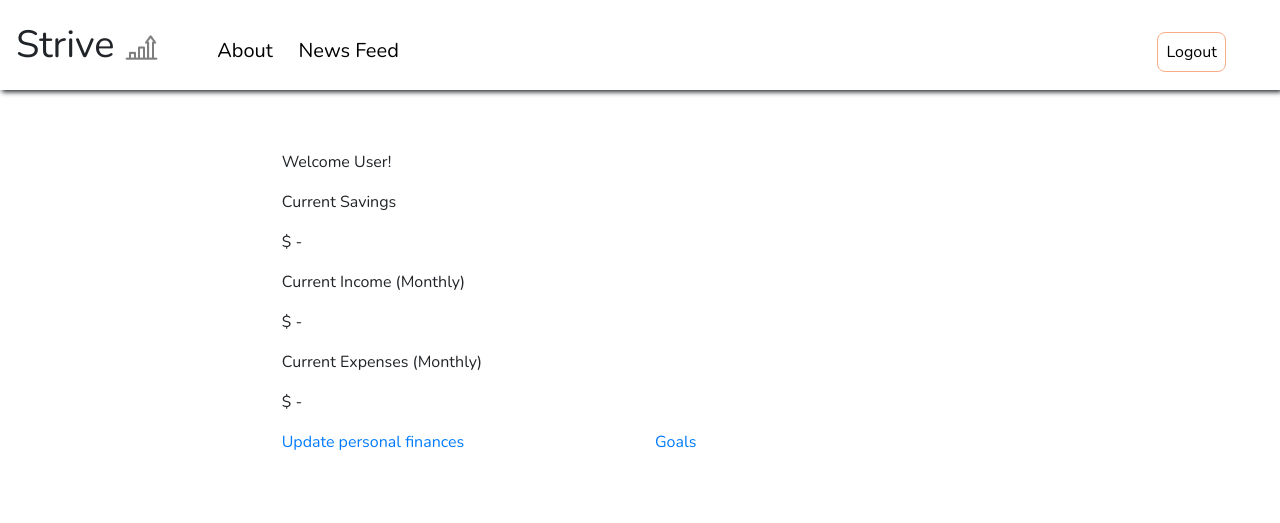
Repository: NoraOK/Strive
Page: http://localhost/strive/WEB-INF/strive/userHome.jsp
These files come from the project's save history. The page is drawn as it stood at one moment and after the next save; the edit follows.
The browser window is 1280 px wide. The pictures show the whole page.
The page is served by Tomcat 9. Nobody is signed in. Other server files are loaded and not shown. The template is opened directly, without the code that normally fills it, so the values that code supplies are empty.

Above is the page before, as saved 2019-12-18 23:17:17.

### strive/src/main/webapp/WEB-INF/strive/userHome.jsp
<%@ page language="java" contentType="text/html; charset=UTF-8"
    pageEncoding="UTF-8"%>
<!DOCTYPE html>
<html>
<head>
<meta charset="UTF-8">
<title>Strive | Home</title>
	<link rel="stylesheet"
	href="https://stackpath.bootstrapcdn.com/bootstrap/4.3.1/css/bootstrap.min.css"
	integrity="sha384-ggOyR0iXCbMQv3Xipma34MD+dH/1fQ784/j6cY/iJTQUOhcWr7x9JvoRxT2MZw1T"
	crossorigin="anonymous">
	<link href="/css/userHome.css" rel="stylesheet" type="text/css" />
	<link href="https://fonts.googleapis.com/css?family=Nunito&display=swap"
	rel="stylesheet">
</head>
<body>
	<div>
		<jsp:include page="header.jsp"/>
	</div>
	<div class="body container col-7">
		<div class="info">
			<p> Welcome User! </p>
			<p>Current Savings</p>
			<p>$ - </p>
			<p>Current Income (Monthly)</p>
			<p>$ - </p>
			<p>Current Expenses (Monthly)</p>
			<p>$ - </p>
		</div>
		<div class="row">
			<a href="" class="col">Update personal finances</a>
			<a href="" class="col">Goals</a>
		</div>
	</div>
</body>
</html>

### strive/src/main/resources/static/css/userHome.css
.body{
	padding-top: 150px;
	font-family: 'Nunito', sans-serif;

}

.button{
	border:2px solid #EF8F63 ;
	border-radius: 8px;
	background-color: #EF8F63;
	padding: 12px 25px;
	color: white;
	width: 100%;
}

.button:hover{
	border:2px solid #EF8F63 ;
	border-radius: 8px;
	background-color: #F9AD86;
	padding: 12px 25px;
	color: white;
}

### strive/src/main/resources/static/css/header.css
header{
	box-shadow: 2px 2px 5px;
	height: 90px;
	z-index: 10;
    position: fixed;
    width: 100%;
    font-family:'Nunito', sans-serif;
    background-color: white;
}

.logo{
	font-size: 38px;

}
.header_img{
	background-color: white;
	width: 35px;
	opacity: .5;
}

.button{
	font-size: 17px;
	color: black;
}

.link {
	font-size: 20px;
	color: black;
}

a:link {
  text-decoration: none;
}

a:visited {
  text-decoration: none;
}

a:hover {
  text-decoration: none;
}

.logout_button{
	border: solid 1.5px #F9AD86;
	border-radius: 8px;
	padding:  8px;
	color: black;
}

.logout_button:hover {
	background-color: #F9AD86;
	color: white;
}

.buttons{
	margin-left: 60%;
}

.home_button{
	color: black;
}

Loaded but not shown: strive/src/main/webapp/WEB-INF/strive/header.jsp (common file)

After the next save:
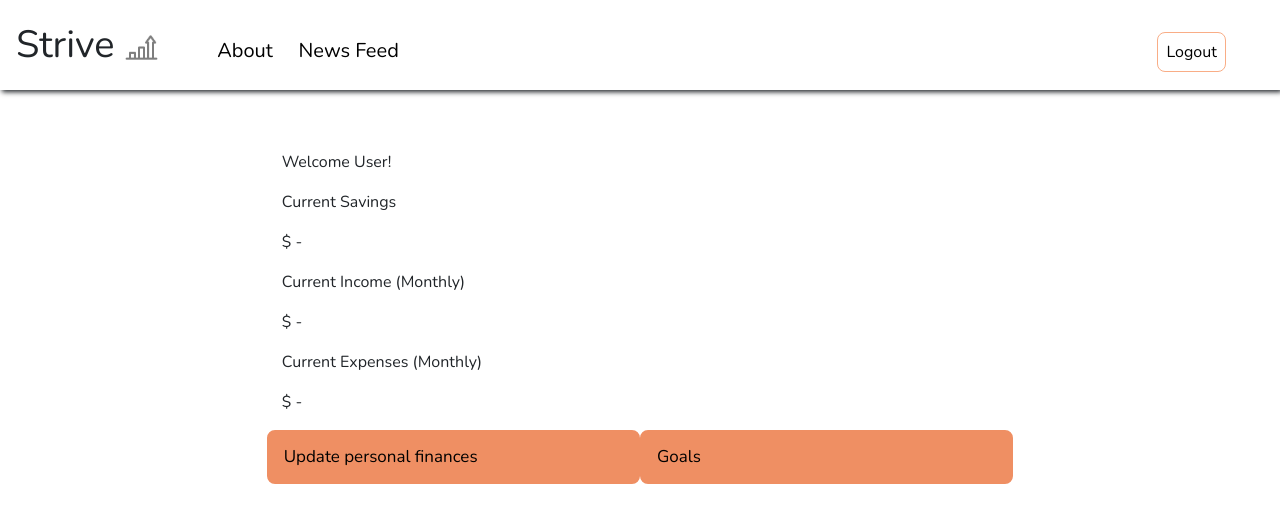
Saved 20 s later.
--- a/strive/src/main/webapp/WEB-INF/strive/userHome.jsp
+++ b/strive/src/main/webapp/WEB-INF/strive/userHome.jsp
@@ -28,8 +28,8 @@
 			<p>$ - </p>
 		</div>
 		<div class="row">
-			<a href="" class="col">Update personal finances</a>
-			<a href="" class="col">Goals</a>
+			<a href="" class="col button">Update personal finances</a>
+			<a href="" class="col button">Goals</a>
 		</div>
 	</div>
 </body>
